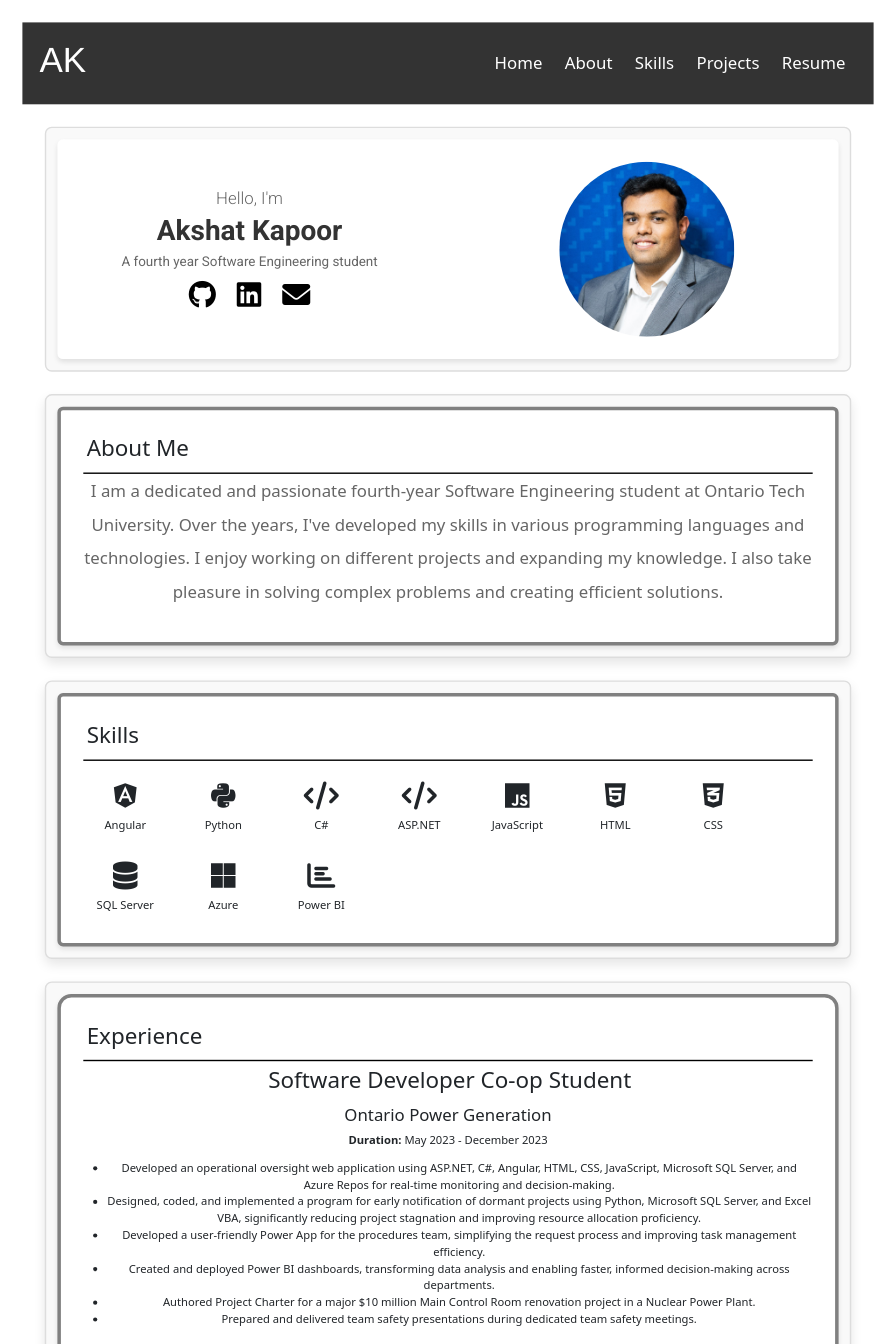
Repository: AkshatKapo/My-Portfolio
Page: /
An editor plug-in stored every save of this project. The page is shown before and after a run of saves, followed by the edit.
The browser window is 1280 px wide. The pictures show the part of the page from y = 0 to 1920 px (the page is 3279 px tall before and 3289 px after), at 70% of full size.
The project was rebuilt for these pictures with package versions that can differ from the ones it lists, and the page was loaded fresh each time. Also part of the build but not shown: vite.config.js.

Above is the page before, as saved 2024-06-18 18:32:55.

### index.html
<!DOCTYPE html>
<html lang="en">
  <head>
    <meta charset="UTF-8" />
    <link rel="stylesheet" href="https://cdnjs.cloudflare.com/ajax/libs/font-awesome/6.0.0-beta3/css/all.min.css">
    <link rel="stylesheet" href="https://maxcdn.bootstrapcdn.com/bootstrap/4.5.2/css/bootstrap.min.css">

    <meta name="viewport" content="width=device-width, initial-scale=1.0" />
    <title>Vite + React</title>
  </head>
  <body>
    <div id="root"></div>
    <script type="module" src="/src/main.jsx"></script>
  </body>
</html>

### src/main.jsx
import React from 'react'
import ReactDOM from 'react-dom/client'
import App from './App'
import './index.css'
import 'bootstrap/dist/css/bootstrap.min.css';


ReactDOM.createRoot(document.getElementById('root')).render(
  <React.StrictMode>
    <App />
  </React.StrictMode>,
)

### src/App.jsx
import { useEffect } from 'react';
import './App.css';
import Header from './components/Header';
import Home from './components/Home';
import About from './components/About';
import Experience from './components/Experience'; // Corrected import path
import Projects from './components/projects';
import Contact from './components/Contact';
import Skill from './components/skill'
function App() {
  useEffect(() => {
    function reveal() {
      let reveals = document.querySelectorAll(".reveal");// stores all the elements with class reveal into an array

      for (var i = 0; i < reveals.length; i++) { // iterates through reveals array, takes the each element with class reveals
        let windowHeight = window.innerHeight; // gets the height of the view port
        let elementTop = reveals[i].getBoundingClientRect().top;// gets the postion of the element relative to the view port
        let sectionHeight = reveals[i].offsetHeight;// calculates the hieght of the element
        let elementVisible = windowHeight - elementTop > 0 ? windowHeight - elementTop : 0;// calculates the porton  of the element visible(Dstance between the top of the view port  and bottom of visible part of  the element)
        let visibilityRatio = elementVisible / sectionHeight; // Fraction of the element visible

        if (visibilityRatio > 0.5) {  // if the visibility ratio is greater than half then it will make it visible
          reveals[i].classList.add("active");// add class actve to the element to make it visible
        } else { // if its less than 0.5 than it wll not display it or remove the class
          reveals[i].classList.remove("active");
        }
      }
    }

    window.addEventListener("scroll", reveal);// Add scroll as event listenere because wewe want to dsplay elements as user scrolls down

    // Call reveal initially to check the visibility of elements when the component mounts
    reveal();

    // Cleanup function to remove event listener when component unmounts
    return () => {
      window.removeEventListener("scroll", reveal);
    };
  }, []);


  return (
    <div>
      <Header />
      <Home />
      <About />
      <Skill />
      <Experience />
      <Projects />
      <Contact />

    </div>
  );
}

export default App;

/*
Mount: useEffect runs, reveal function defined and called, scroll event listener added.
Scroll: Each scroll triggers the reveal function to recalculate and update element visibility.
Unmount: Cleanup function removes the scroll event listener.
*/

### src/index.css
body {
    font-family: 'Segoe UI', Tahoma, Geneva, Verdana, sans-serif;
    background-color:#ccddff;
    color:black;
    margin: 0;
    padding: 0;
  }


  #root {
    display: flex;
    flex-direction: column;
    min-height: 100vh;
  }

### src/App.css
#root {
  max-width: 1280px;
  margin: 0 auto;
  padding: 2rem;
  text-align: center;
}
.reveal {
  opacity: 0;
  transform: translateY(100px);
  transition: opacity 0.6s ease-out, transform 0.6s ease-out;
}

.reveal.active {
  opacity: 1;
  transform: translateY(0);
}

### src/components/Header.jsx
import React from 'react'
import './Header.css'

const Header = () => {
  return (
    <header>
      <h1 className='title'>AK</h1>
      <nav>
        <ul>
          <li><a href="#home">Home</a></li>
          <li><a href="#about">About</a></li>
          <li><a href="#skills">Skills</a></li>
          <li><a href="#projects">Projects</a></li>
          <li><a href="/Akshat_Kapoor_Resume.pdf">Resume</a></li>
        </ul>
      </nav>
    </header>
  )
}

export default Header

### src/components/Home.jsx
import React from "react";
import "./Home.css";

const Home = () => {
  return (
    <div className="reveal">
      <section id="home">
        <div className="home-content">
          <div className="text-content">
            <h3>Hello, I'm</h3>
            <h1>Akshat Kapoor</h1>
            <h4>A fourth year Software Engineering student</h4>
            <div className="social-icons">
              <a href="https://github.com/yourusername" target="_blank" rel="noopener noreferrer">
                <i className="fab fa-github"></i>
              </a>
              <a href="https://www.linkedin.com/in/yourusername" target="_blank" rel="noopener noreferrer">
                <i className="fab fa-linkedin"></i>
              </a>
              <a href="mailto:youremail@gmail.com" target="_blank" rel="noopener noreferrer">
                <i className="fas fa-envelope"></i>
              </a>
            </div>
          </div>
          <div id="line1"></div>
          <div className="image-content">
            <img
              src="/assets/images/1666144074188.jpeg"
              alt="Akshat Kapoor"
              className="profile-image"
            />
          </div>
        </div>
      </section>
    </div>
  );
};

export default Home;

### src/components/About.jsx
import React from 'react';
import './About.css';

function About() {
  return (
    <section id="about">
      <div id='about-content'>
       <h2>About Me</h2>
       <div className='seperator'>


       </div>
       <p>I am a dedicated and passionate fourth-year Software Engineering student at Ontario Tech University. Over the years, I've developed my skills in various programming languages and technologies. I enjoy working on different projects and expanding my knowledge. I also take pleasure in solving complex problems and creating efficient solutions. </p>
      </div>
    </section>
  );
}

export default About;

### src/components/Experience.jsx
import React from 'react'
import './Experience.css'

const Experience = () => {
  return (
    <div className="reveal">
      <section id="experience">
        <div id="experience-content">
          <h2>Experience</h2>
          <div className="divider1"></div>
          <div>
            <h3>Software Developer Co-op Student</h3>
            <h4>Ontario Power Generation</h4>
            <p>
              <strong>Duration:</strong> May 2023 - December 2023
            </p>
            <ul>
              <li>Developed an operational oversight web application using ASP.NET, C#, Angular, HTML, CSS, JavaScript, Microsoft SQL Server, and Azure Repos for real-time monitoring and decision-making.</li>
              <li>Designed, coded, and implemented a program for early notification of dormant projects using Python, Microsoft SQL Server, and Excel VBA, significantly reducing project stagnation and improving resource allocation proficiency.</li>
              <li>Developed a user-friendly Power App for the procedures team, simplifying the request process and improving task management efficiency.</li>
              <li>Created and deployed Power BI dashboards, transforming data analysis and enabling faster, informed decision-making across departments.</li>
              <li>Authored Project Charter for a major $10 million Main Control Room renovation project in a Nuclear Power Plant.</li>
              <li>Prepared and delivered team safety presentations during dedicated team safety meetings.</li>
            </ul>
          </div>
        </div>
      </section>
    </div>
  )
}

export default Experience

### src/components/projects.jsx
import React from "react";
import "./projects.css";

const projects = () => {
  return (
    <section id="projects">
      <div class="project-list">
        <h2>Projects</h2>
        <div className="seperator"></div>
        <div class="project-row">
          <div class="project">
            <h3>Digit Recognizer</h3>
            <img src="/assets/images/image.jpg"></img>
            <p>
              Developed a PyTorch-based neural network with a four-layer
              feedforward architecture to classify MNIST handwritten digits
              using Python programming language and Machine learning methods.
            </p>
            <a href="/Machine_Learning_Project.pdf" class="Projectbutton">
              View Report
            </a>
            <a href="link-to-project1" class="Projectbutton2">
              View Project
            </a>
          </div>
          <div class="project">
            <h3>Next-Day Date Calculation: Java Test Case Design </h3>
            <img src="/assets/images/date.jpg"></img>
            <p>
              Developed a Java program for next-day date calculation, leveraging
              JUnit for systematic testing.{" "}
            </p>
            <a href="/100781511_Akshat_Kapoor_TestDesignAssignment_NextDate.pdf" class="Projectbutton">
              View Report
            </a>
            <a href="link-to-project1" class="Projectbutton2">
              View Project
            </a>
          </div>
        </div>
        <div class="project-row">
          <div class="project">
            <h3>Camera Motoin Sensor System</h3>
            <img src="/assets/images/moton sensor.jpg"></img>
            <p>
              Developed a software project management project related to a
              camera motion sensor system, which includes creating project plans and techncal documents.
            </p>
            <a href="/SPM_Project.pdf" class="Projectbutton">
              View Report
            </a>
            <a href="link-to-project1" class="Projectbutton2">
              View Project
            </a>
          </div>
          <div class="project">
            <h3>Course Registeration Website</h3>
            <img src="/assets/images/coursespage.jpg"></img>
            <p>
              Developed a university course registration website,
              meeting deadlines and objectives using HTML, CSS, JavaScript,
              Bootstrap, PHP, and SQL for design and functionality.
            </p>
            <a href="/Data_Report.pdf" class="Projectbutton">
              View Report
            </a>
            <a href="link-to-project1" class="Projectbutton2">
              View Project
            </a>
          </div>
        </div>
      </div>
    </section>
  );
};

export default projects;

### src/components/Contact.jsx
import React from "react";
import "./Contact.css";

const Contact = () => {
  return (
    <footer id="footer">
      <div className="footer-content">
        <ul className="footer-icons">
          <li>
            <a
              href="https://github.com/yourusername"
              target="_blank"
              rel="noopener noreferrer"
            >
              <i className="fab fa-github"></i>
            </a>
          </li>
          <li>
            <a
              href="https://www.linkedin.com/in/yourusername"
              target="_blank"
              rel="noopener noreferrer"
            >
              <i className="fab fa-linkedin"></i>
            </a>
          </li>
          <li>
            <a
              href="mailto:youremail@gmail.com"
              target="_blank"
              rel="noopener noreferrer"
            >
              <i className="fas fa-envelope"></i>
            </a>
          </li>
        </ul>

      </div>
      <p className="footer-copy">© 2024 Akshat Kapoor</p>
    </footer>
  );
};

export default Contact;

### src/components/skill.jsx
import React from 'react'
import './skill.css'

const skills = [
    { name: "Angular", icon: "fab fa-angular" },
    { name: "Python", icon: "fab fa-python" },
    { name: "C#", icon: "fas fa-code" },
    { name: "ASP.NET", icon: "fas fa-code" },
    { name: "JavaScript", icon: "fab fa-js" },
    { name: "HTML", icon: "fab fa-html5" },
    { name: "CSS", icon: "fab fa-css3-alt" },
    { name: "SQL Server", icon: "fas fa-database" },
    { name: "Azure", icon: "fab fa-microsoft" },
    { name: "Power BI", icon: "fas fa-chart-bar" },
  ];

function skill() {
  return (
    <div className="reveal">
      <section id="skills">
        <div className="skills-content">
          <h2>Skills</h2>
          <div className="separator"></div>
          <div className="skills-list">
            {skills.map((skill) => (
              <div className="skill" key={skill.name}>
                <i className={skill.icon}></i>
                <p>{skill.name}</p>
              </div>
            ))}
          </div>
        </div>
      </section>
    </div>
  )
}

export default skill

### src/components/Header.css
header {
  background-color: #333;
  color: white;
  padding: 2%;
  display: flex;
  justify-content: space-between;
  align-items: center;

    /* text-align: center; */
  }
  .title {
    font-family: 'Helvetica', sans-serif;
    font-size: 50px;
    background:white;
    -webkit-background-clip: text;
    color: transparent;
  }


  nav ul {
    list-style-type: none;
    padding: 0;
    margin: 0;
    display: flex;
  }

  nav ul li {
    margin: 0 1rem;
  }

  nav ul li a {
    color: white;
    text-decoration: none;
    font-size: 150%;
  }

### src/components/Home.css
 @import url('https://fonts.googleapis.com/css2?family=Roboto:wght@300;400;700&display=swap');

#home {
  padding: 1rem;
  display: flex;
  justify-content: center;
  align-items: center;
  background-color: #f9f9f9;
  border: 2px solid #ddd; /* Light border */
  border-radius: 10px; /* Rounded corners */
  margin: 2rem; /* Margin to ensure it doesn’t touch the edges of the container */
}

.home-content {
  display: flex;
  align-items: center;
  width: 100%;
  max-width: 1200px; /* Adjust the max-width as needed */
  background: #fff; /* Background for the content */
  padding: 2rem; /* Padding around the content */
  box-shadow: 0 4px 8px rgba(0, 0, 0, 0.1); /* Shadow for styling */
  border-radius: 8px; /* Rounded corners */
  border: ;

}

#line1 {
  border-left: 2px solid black;
  height: auto; /* Set to auto to match the height of the content */
  margin: 0 2rem; /* Adjust as needed to create space around the line */
}
.text-content {
  flex: 1;
  padding-right: 1rem;
  font-family: 'Roboto', sans-serif;
}

.text-content h2 {
  font-size: 2.5rem; /* Adjust the font size as needed */
  font-weight: 900;
  color: #333;
  margin-bottom: 1rem;
}
.text-content h3 {
  font-size: 1.5rem; /* Adjust the font size as needed */
  font-weight: 300;
  color: #666;
  margin-bottom: 0.5rem;
}

.text-content h1 {
  font-size: 2.5rem; /* Adjust the font size as needed */
  font-weight: 700;
  color: #333;
  margin-bottom: 0.5rem;
}
.text-content h4 {
  font-size: 1.2rem; /* Adjust the font size as needed */
  font-weight: 400;
  color: #666;
  margin-bottom: 1rem;
}


.text-content p {
  font-size: 1rem; /* Adjust the font size as needed */
  line-height: 1.6; /* Adjust the line height as needed */
  color: #666;
  font-weight: 300;
}

.image-content {
  flex: 1;
  display: flex;
  justify-content: center;
}

.profile-image {
  width: 250px;
  height: 250px;
  border-radius: 50%;
  object-fit: cover;
}

.social-icons {
  display: flex;
  gap: 30px; /* Adjust the spacing between icons */
  justify-content: center;
}

.social-icons a {
  color: #000; /* Change the color if needed */
  text-decoration: none;
}

.social-icons .icon {
  width: 40px; /* Adjust the size of the icons */
  height: 40px; /* Adjust the size of the icons */
}

.social-icons i {
  font-size: 40px; /* Adjust the size of the font-awesome icons */
}

/* Add hover effect if desired */
.social-icons a:hover {
  opacity: 0.7; /* Example hover effect */
}

### src/components/About.css
#about {
  padding: 1rem;
  display: flex;
  background-color: #f9f9f9;
  border: 2px solid #ddd; /* Light border */
  border-radius: 10px; /* Rounded corners */
  box-shadow: 0 8px 16px rgba(0, 0, 0, 0.1); /* Shadow for depth */
  margin: 2rem; /* Margin to ensure it doesn’t touch the edges of the container */



}
#about-content {
  display: table-column;
  justify-content: space-between;
  width: 100%;
  max-width: 1200px; /* Adjust the max-width as needed */
  background: #fff; /* Background for the content */
  padding: 2rem; /* Padding around the content */
  box-shadow: 0 4px 8px rgba(0, 0, 0, 0.1); /* Shadow for styling */
  border-radius: 8px; /* Rounded corners */
}


#about h2 {
  font-size: 2rem;
  text-align: left; /* This will align the heading to the left */
  margin-bottom: 1rem; /* Adding some space between the heading and the paragraph */
  margin-top: 0.2rem;
  margin-left: 0.3rem;


}
.seperator {
  border-top: 2px solid black;
  width: 100%; /* Adjust as needed */
  margin: 20px 3; /* Adjust as needed */
}

#about p {
  font-size: 1.5rem; /* Adjust the font size as needed */
  line-height: 2; /* Adjust the line height as needed */
  color: #666;
  font-weight: 300;
  }
#about {
  padding: 1rem;
  display: flex;
  background-color: #f9f9f9;
  border: 2px solid #ddd; /* Light border */
  border-radius: 10px; /* Rounded corners */
  box-shadow: 0 8px 16px rgba(0, 0, 0, 0.1); /* Shadow for depth */
  margin: 2rem; /* Margin to ensure it doesn’t touch the edges of the container */



}
#about-content {
  display: table-column;
  justify-content: space-between;
  width: 100%;
  max-width: 1200px; /* Adjust the max-width as needed */
  background: #fff; /* Background for the content */
  padding: 2rem; /* Padding around the content */
  box-shadow: 0 4px 8px rgba(0, 0, 0, 0.1); /* Shadow for styling */
  border-radius: 8px; /* Rounded corners */
  border: 5px solid grey

}


#about h2 {
  font-size: 2rem;
  text-align: left; /* This will align the heading to the left */
  margin-bottom: 1rem; /* Adding some space between the heading and the paragraph */
  margin-top: 0.2rem;
  margin-left: 0.3rem;


}
.seperator {
  border-top: 2px solid black;
  width: 100%; /* Adjust as needed */
  margin: 20px 3; /* Adjust as needed */
}

#about p {
  font-size: 1.5rem; /* Adjust the font size as needed */
  line-height: 2; /* Adjust the line height as needed */
  color: #666;
  font-weight: 300;
  }

### src/components/Experience.css
#experience {
  padding: 1rem;
  display: flex;
  background-color: #f9f9f9;
  border: 2px solid #ddd; /* Light border */
  border-radius: 10px; /* Rounded corners */
  box-shadow: 0 8px 16px rgba(0, 0, 0, 0.1); /* Shadow for depth */
  margin: 2rem; /* Margin to ensure it doesn’t touch the edges of the container */
  }
  #experience-content{
    display: table-column;
    justify-content: space-between;
    width: 100%;
    max-width: 1200px; /* Adjust the max-width as needed */
    background: #fff; /* Background for the content */
    padding: 2rem; /* Padding around the content */
    box-shadow: 0 4px 8px rgba(0, 0, 0, 0.1); /* Shadow for styling */
    border-radius: 20px; /* Rounded corners */
    border: 5px solid grey;
  }
  #experience h2 {
    font-size: 2rem;
    text-align: left; /* This will align the heading to the left */
    margin-bottom: 1rem; /* Adding some space between the heading and the paragraph */
    margin-top: 0.2rem;
    margin-left: 0.3rem;

  }
  .divider1 {
    border-top: 2px solid black;
    width: 100%; /* Adjust as needed */
    margin: 20px 3; /* Adjust as needed */
  }
  #experience h3 {
    font-size: 2rem;
    text-align: center;
    margin-bottom: 1rem; /* Adding some space between the heading and the paragraph */
    margin-top: 0.5rem;
    margin-left: 0.3rem;

  }
  .experience-content ul {
    list-style-type: disc; /* or another type of bullet, like circle or square */
    margin-left: 20px;
  }

  .experience-content li {
    margin-bottom: 10px;
  }

### src/components/Contact.css
#footer {
  background-color: #333;
  padding: 1rem 0;
  text-align: center;
  color: white;
}

.footer-content {
  display: flex;
  justify-content: center;
  align-items: center;
  margin-bottom: 1rem;
}

.footer-icons {
  list-style: none;
  padding: 0;
  margin: 0;
  text-align: center;
}

.footer-icons li {
  display: inline-block;
  margin: 0 20px; /* Increased margin for more gap between icons */
}

.footer-icons li a {
  color: grey; /* Change color as needed */
  font-size: 40px; /* Adjust size as needed */
  text-decoration: none;
}

.footer-icons li a:hover {
  color: #007bff; /* Change color on hover as needed */
}
.footer-copy {
  margin-top: 1rem;
  font-size: 16px;
  color: #aaa;
}

### src/components/skill.css
#skills {
  padding: 1rem;
  display: flex;
  background-color: #f9f9f9;
  border: 2px solid #ddd; /* Light border */
  border-radius: 10px; /* Rounded corners */
  box-shadow: 0 8px 16px rgba(0, 0, 0, 0.1); /* Shadow for depth */
  margin: 2rem; /* Margin to ensure it doesn’t touch the edges of the container */
}

.skills-content {
  display: table-column;
  justify-content: space-between;
  width: 100%;
  max-width: 1200px; /* Adjust the max-width as needed */
  background: #fff; /* Background for the content */
  padding: 2rem; /* Padding around the content */
  box-shadow: 0 4px 8px rgba(0, 0, 0, 0.1); /* Shadow for styling */
  border-radius: 8px; /* Rounded corners */
  border: 5px solid grey
}

.skills-list {
  display: flex;
  flex-wrap: wrap;
  gap: 20px;
  align-items: center;
}

#skills h2 {
  font-size: 2rem;
  text-align: left; /* This will align the heading to the left */
  margin-bottom: 1rem; /* Adding some space between the heading and the paragraph */
  margin-top: 0.2rem;
  margin-left: 0.3rem;
}

.skill {
  display: flex;
  flex-direction: column;
  align-items: center;
  width: 100px;
  margin: 10px;
}

.skill i {
  font-size: 40px;
  margin-bottom: 10px;
}

.skill p {
  font-size: 16px;
  margin: 0;
}

.separator {
  height: 2px;
  width: 100%; /* Set to 100% to fill the parent container */
  background-color: #000;
  margin: 10px auto 20px;
}

Loaded but not shown: src/components/projects.css (103 lines, source omitted)

After the next 2 saves:
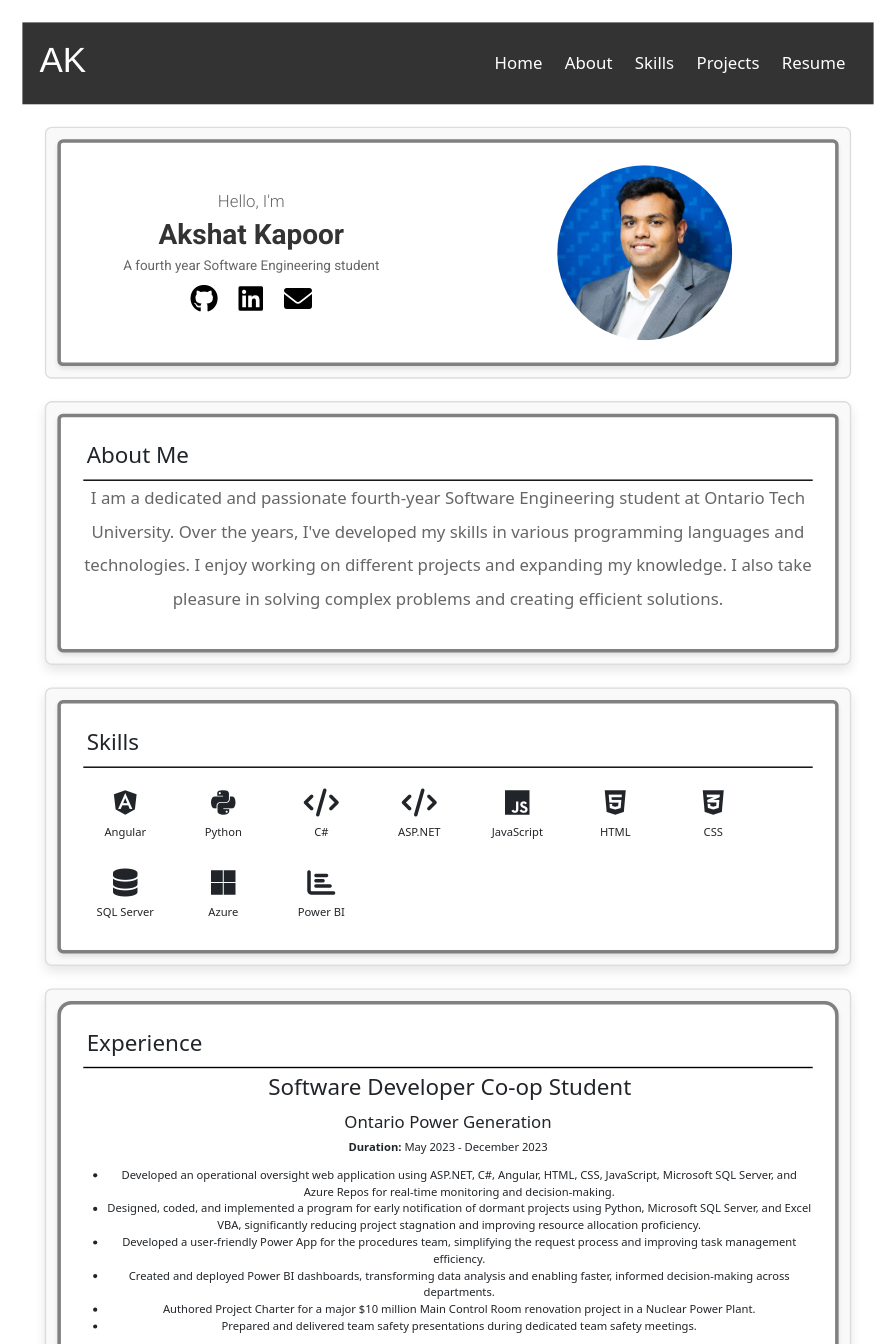
The 2 saves are shown as one change because they came seconds apart.
The last was saved 7 s later.
--- a/src/components/Home.css
+++ b/src/components/Home.css
@@ -20,7 +20,7 @@
   padding: 2rem; /* Padding around the content */
   box-shadow: 0 4px 8px rgba(0, 0, 0, 0.1); /* Shadow for styling */
   border-radius: 8px; /* Rounded corners */
-  border: ;
+  border: 5px solid grey;
 
 }
 
